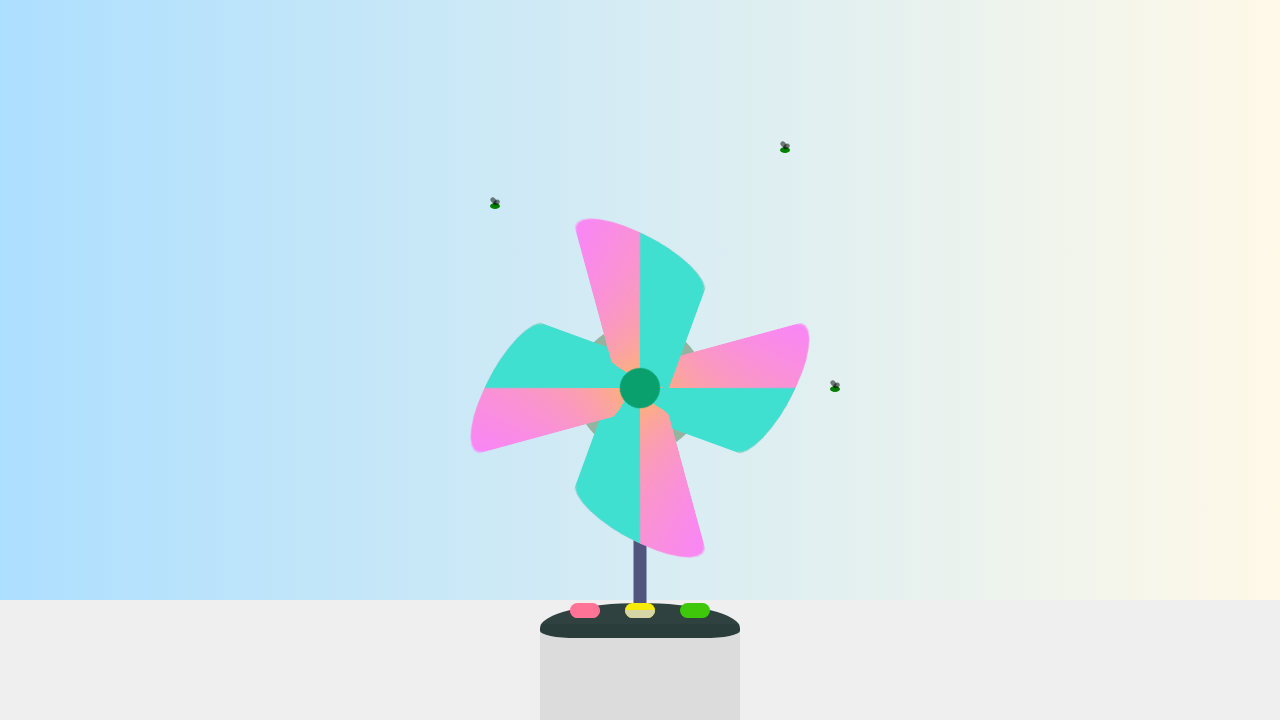
Repository: VuTuanAnh0949/CodeFan
Page: index.html
These files come from the project's save history. The page is drawn as it stood at one moment and after the next save; the edit follows.
The browser window is 1280 px wide. The pictures show the whole page.

Above is the page before, as saved 2022-06-22 12:01:53.

### index.html
<!DOCTYPE html>
<html lang="en">
<head>
    <meta charset="UTF-8">
    <meta http-equiv="X-UA-Compatible" content="IE=edge">
    <meta name="viewport" content="width=device-width, initial-scale=1.0">
    <title>Document</title>
    <link rel="stylesheet" href="style.css">
</head>
<body>
    <div class="windows">
        <div class="window"></div>

    </div>
    <div class="fan">
        <div class="fan__root"> <span class="top"> <label class="green" for="engine"></label> <label class="yellow"
                    for="engine2"></label> <label class="pink" for="jack"></label> </span> <span class="bottom"></span>
        </div>
        <div class="fan__staddle"></div> <input type="checkbox" id="jack" hidden />
        <div class="head">
            <div class="fan__engine"> <span class="center"></span> </div> <input type="checkbox" id="engine" hidden
                checked />
            <div> <span class="fly"></span> <span class="fly"></span> <span class="fly"></span>
                <div class="fan__blades"> <input type="checkbox" id="engine2" hidden checked />
                    <div class="fan__blades">
                        <div class="center"></div>
                        <div class="blade"><span></span></div>
                        <div class="blade"><span></span></div>
                        <div class="blade"><span></span></div>
                        <div class="blade"><span></span></div>
                    </div>
                </div>
            </div>
        </div>
    </div>

</body>
</html>

### style.css
html {
    overflow: hidden;
}

body {
    overflow: hidden;
    margin: 0;
    padding: 0;
    background: linear-gradient(90deg, #addfff, #fff9e8);
    display: flex;
    justify-content: center;
    align-items: center;
    width: 100vw;
    height: 100vh;
    position: relative;
}

body::after {
    position: absolute;
    width: 100%;
    content: "";
    height: calc(100% - 600px);
    z-index: 0;
    background: #efefef;
    bottom: 0;
}

@keyframes spin {
    from {
        transform: rotate(0deg);
    }

    to {
        transform: rotate(360deg);
    }
}

@keyframes off {
    to {
        transform: rotate(380deg);
    }
}

@keyframes off2 {
    to {
        transform: rotate(880deg);
    }
}

@keyframes fly {
    to {
        margin-top: 50px;
    }
}

span {
    display: block;
}

.windows {
    width: 100vw;
    height: 100vh;
    position: absolute;
    z-index: 0;
    top: 0;
    left: 0;
    display: flex;
    align-content: flex-start;
}


.fly {
    transition: 0.5s all cubic-bezier(0.04, 0.06, 0, 1.18), 1s transform;
    width: 10px;
    height: 6px;
    background: green;
    border-radius: 50%;
    position: absolute;
    animation: fly 5s alternate infinite ease-in-out;
}

.fly:nth-of-type(1) {
    top: -78px;
    left: -200px;
}

.fly:nth-of-type(2) {
    transform: translateY(-10px);
    animation-delay: 4s;
    top: 5px;
    right: -250px;
}

.fly:nth-of-type(3) {
    transform: translateY(0px);
    top: 400px;
    animation-delay: 2s;
    right: -400px;
}

.fly::after,
.fly::before {
    content: "";
    position: absolute;
    width: 7px;
    height: 5px;
    background-color: rgba(0, 0, 0, 0.5);
    display: block;
    border-radius: 50%;
}

.fly::before {
    bottom: 4px;
    transform: rotate(325deg);
    left: 3px;
}

.fly::after {
    transform: rotate(45deg);
    bottom: 6px;
}

.fan {
    width: 500px;
    height: 500px;
    position: relative;
    z-index: 1;
    margin-top: 75px;
    perspective: 500px;
}

.fan::after {
    content: "";
    display: block;
    position: absolute;
    height: 500px;
    width: 200px;
    background: rgba(0, 0, 0, 0.08);
    top: calc(100% - 24px);
    left: calc(50% - 100px);

}

.fan__root {
    width: 200px;
    position: absolute;
    bottom: 0;
    left: 50%;
    transform: translateX(-50%);
}

.fan__root .top {
    overflow: hidden;
    width: 200px;
    height: 25px;
    position: relative;
}

.fan__root .top::after {
    content: "";
    display: block;
    width: 200px;
    height: 50px;
    background: #2f423f;
    border-radius: 50%;
}

.fan__root .top .green {
    position: absolute;
    width: 30px;
    height: 15px;
    border-radius: 15px;
    display: block;
    right: 30px;
    background: #3EC70B;
    cursor: pointer;
    overflow: hidden;
}

.fan__root .top .yellow {
    position: absolute;
    width: 30px;
    height: 15px;
    border-radius: 15px;
    display: block;
    right: 85px;
    background: #F7EC09;
    cursor: pointer;
    overflow: hidden;
}

.fan__root .top .yellow::after {
    content: "";
    display: block;
    width: 100%;
    height: 50%;
    position: absolute;
    bottom: 0;
    background: #F7EC09;
}

.fan__root .top .yellow::after {
    content: "";
    display: block;
    width: 100%;
    height: 50%;
    position: #F7EC09;
    bottom: 0;
    background: #D6D5A8;
}

.fan__root .top .pink {
    position: absolute;
    cursor: pointer;
    width: 30px;
    height: 15px;
    border-radius: 15px;
    display: block;
    left: 30px;
    background: #FF7396;
    overflow: hidden;
}

.fan__root .top .pink::after {
    content: "";
    display: block;
    width: 100%;
    height: 50%;
    position: absolute;
    bottom: 0;
    background: #FF7396;
}

.fan__root .bottom {
    overflow: hidden;
    width: 500px;
    height: 20px;
}

.fan__root .bottom::after {
    content: "";
    display: block;
    width: 200px;
    height: 40px;
    background: #2f423f;
    border-radius: 18%;
    transform: translateY(-30px);
}

.fan__staddle {
    position: absolute;
    bottom: 45px;
    background: #51557E;
    height: 270px;
    width: 13px;
    left: 50%;
    transform: translateX(-50%);
}

.fan__engine {
    position: absolute;
    bottom: 0px;
    width: 130px;
    height: 130px;
    background: #94B49F;
    border-radius: 50%;
    left: 50%;
    transform: translateX(-50%);
}

.fan__engine::after {
    content: "";
    background: red;
    display: block;
    width: 25px;
    height: 50px;
    position: absolute;
    top: 105px;
    left: 50%;
    transform: translateX(-50%);
    border-radius: 0 0 5px 5px;
}

.fan__blades {
    width: 230px;
    height: 230px;
    position: absolute;
    bottom: -50px;
    transition: 2s;
    transform-origin: center center;
    left: calc(50% - 115px);
    z-index: 1;
    animation: spin infinite 0.38s linear forwards;
}

.fan__blades .fan__blades {
    bottom: 0;
    animation: spin infinite 0.5s linear forwards;
}

.fan__blades .blade {
    position: absolute;
    width: 80px;
    height: 100%;
    left: 50%;
    transform: translateX(-50%) skewY(25deg);
    perspective: 500px;
    transform-style: preserve-3d;
}

.fan__blades .blade:nth-child(2) {
    transform: translateX(-50%) rotate(90deg) skewY(25deg);
}

.fan__blades .blade:nth-child(3) {
    transform: translateX(-50%) rotate(180deg) skewY(25deg);
}

.fan__blades .blade:nth-child(4) {
    transform: translateX(-50%) rotate(270deg) skewY(25deg);
}

.fan__blades .blade span {
    width: 100%;
    height: 200%;
    border-radius: 44px;
    background-image: linear-gradient( 102.4deg,  rgba(253,189,85,1) 7.8%, rgba(249,131,255,1) 100.3% );;
    position: absolute;
    top: -66px;
    display: block;
    transform-style: preserve-3d;
    transform: rotateX(81deg);
    overflow: hidden;
}

.fan__blades .blade span::after {
    width: 50%;
    height: 100%;
    content: "";
    display: block;
    background: turquoise;
    transform: rotate(0deg);
}

.fan__blades .center {
    position: absolute;
    overflow: hidden;
    width: 40px;
    height: 40px;
    border-radius: 50%;
    left: 50%;
    top: 50%;
    transform: translate(-50%, -50%) rotate(45deg);
    background: #0aa06e;
    z-index: 2;
}

.fan__blades .center::after {
    display: block;
    content: "";
    width: 40px;
    height: 20px;
    background: #0aa06e;
}

.head {
    transition: 1s transform;
    height: auto;
    width: auto;
    position: absolute;
    width: 300px;
    height: 300px;
    bottom: 195px;
    left: calc(50% - 150px);
    /* transform: translateX(-50%); */
}

#engine:checked+div>div {
    animation: off2 1s ease-out forwards;
}

#engine:checked+div>span:nth-child(1) {
    transition: 5s all ease-in-out, 1s transform;
    left: 0px;
    top: 0px;
}

#engine:checked+div>span:nth-child(2) {
    transition: 5s all ease-in-out, 1s transform;
    right: 0px;
    top: 0px;
}

#engine:checked+div>span:nth-child(3) {
    transition: 7s all ease-in-out, 1s transform;
    right: -50px;
    top: 200px;
}

#engine2:checked+div {
    animation: off 1s ease-out forwards;
}

#jack:checked+div {
    transform: translateY(-115px);
}

#jack:checked+div>div:nth-child(3)>span {
    transform: translateY(115px);
}

After the next save:
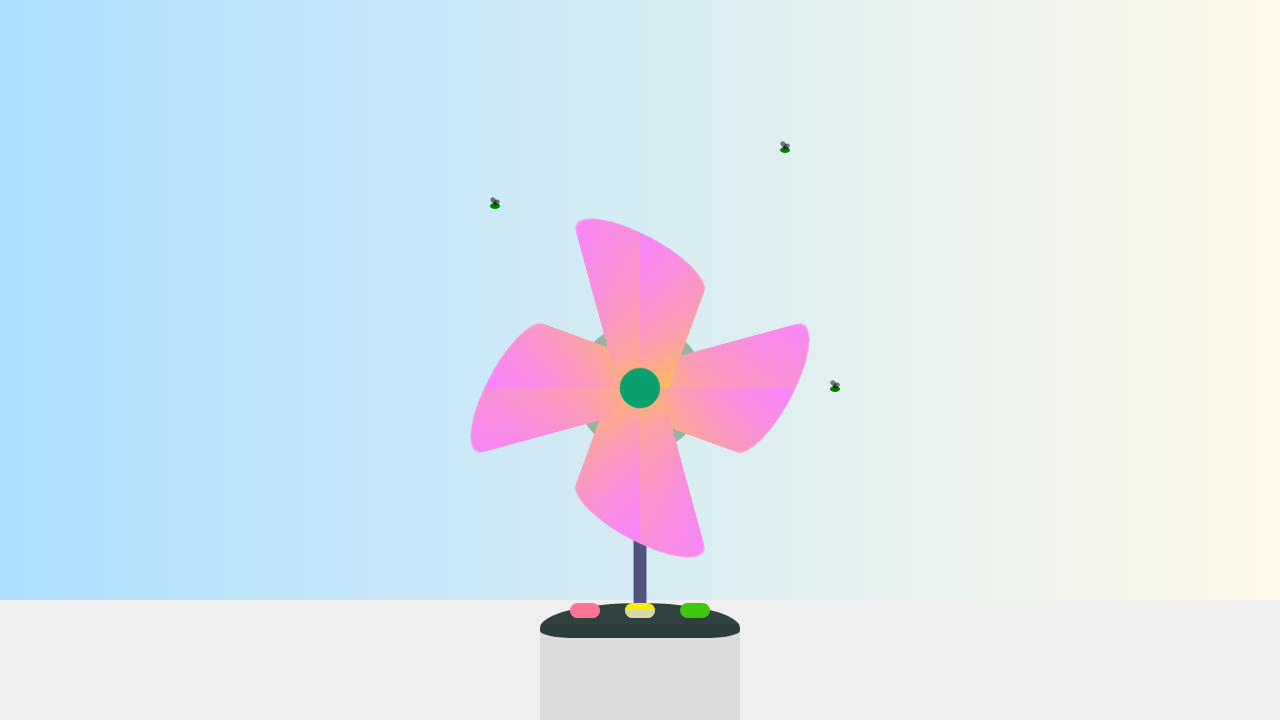
Saved 20 s later.
--- a/style.css
+++ b/style.css
@@ -338,7 +338,7 @@ span {
     height: 100%;
     content: "";
     display: block;
-    background: turquoise;
+    background-image: linear-gradient( 102.4deg,  rgba(253,189,85,1) 7.8%, rgba(249,131,255,1) 100.3% );
     transform: rotate(0deg);
 }
 
